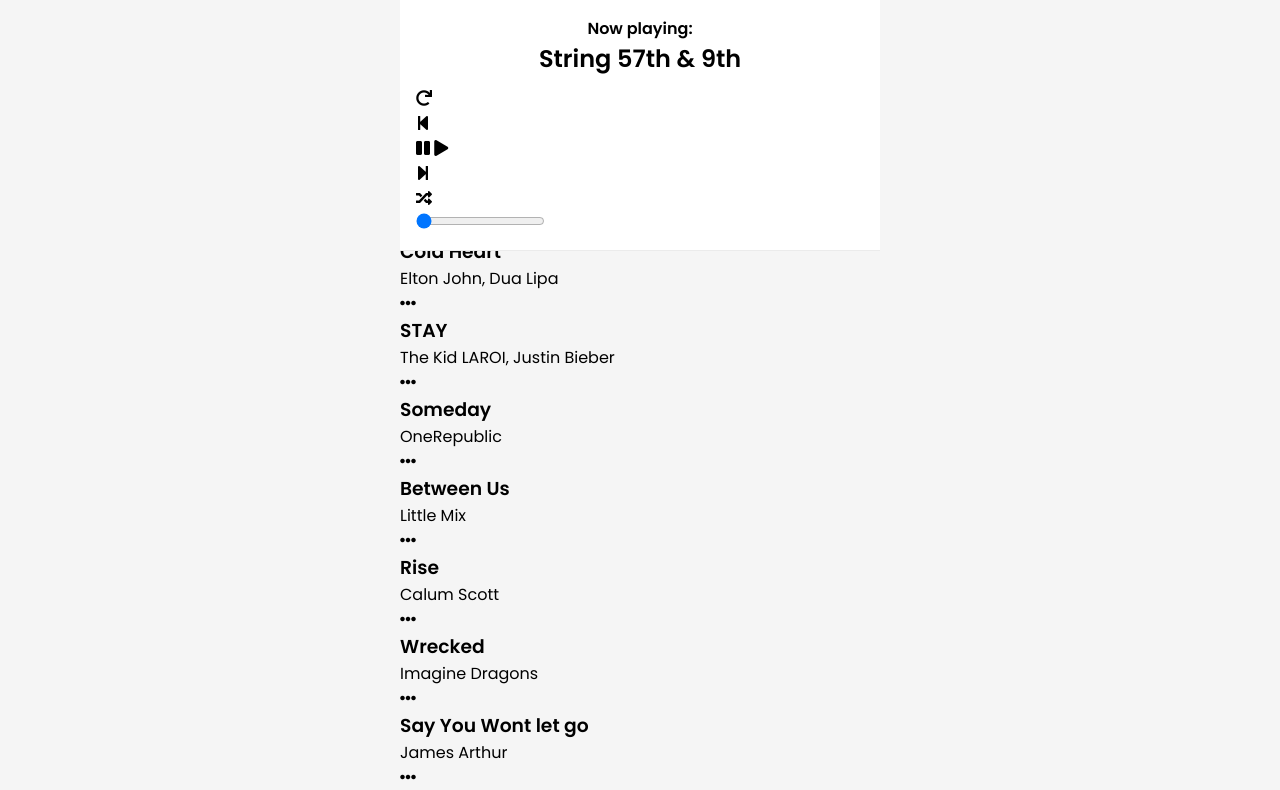
Repository: maivannhan1998/MusicPlayer.github.io
Page: index.html
The author's editor kept a copy of each file at every save. The page is drawn from the files as they stood at one save, then again after the next save.
The browser window is 1280 px wide. The pictures show the whole page.
Pictures or frames that could not be fetched are drawn as grey boxes.

Above is the page before, as saved 2021-11-09 15:25:05.

### index.html
<!DOCTYPE html>
<html lang="en">
<head>
    <meta charset="UTF-8">
    <meta http-equiv="X-UA-Compatible" content="IE=edge">
    <meta name="viewport" content="width=device-width, initial-scale=1.0">
    <title>CodePlayMusic</title>
    <link rel="stylesheet" href="./assets/css/main.css">
    <link rel="stylesheet" href="https://cdnjs.cloudflare.com/ajax/libs/font-awesome/5.15.2/css/all.min.css" integrity="sha512-HK5fgLBL+xu6dm/Ii3z4xhlSUyZgTT9tuc/hSrtw6uzJOvgRr2a9jyxxT1ely+B+xFAmJKVSTbpM/CuL7qxO8w==" crossorigin="anonymous" />
    <link rel="preconnect" href="https://fonts.gstatic.com">
    <link href="https://fonts.googleapis.com/css2?family=Poppins:wght@300;400;600&display=swap" rel="stylesheet">
</head>
<body>
    <div class="player">
        <!-- Dashboard -->
        <div class="dashboard">
          <!-- Header -->
          <header>
            <h4>Now playing:</h4>
            <h2>String 57th & 9th</h2>
          </header>

          <!-- CD -->
          <div class="cd">
            <div class="cd-thumb" style="background-image: url('https://i.ytimg.com/vi/jTLhQf5KJSc/maxresdefault.jpg')">
            </div>
          </div>

          <!-- Control -->
          <div class="control">
            <div class="btn btn-repeat">
              <i class="fas fa-redo"></i>
            </div>
            <div class="btn btn-prev">
              <i class="fas fa-step-backward"></i>
            </div>
            <div class="btn btn-toggle-play">
              <i class="fas fa-pause icon-pause"></i>
              <i class="fas fa-play icon-play"></i>
            </div>
            <div class="btn btn-next">
              <i class="fas fa-step-forward"></i>
            </div>
            <div class="btn btn-random">
              <i class="fas fa-random"></i>
            </div>
          </div>

          <input id="progress" class="progress" type="range" value="0" step="1" min="0" max="100">

          <audio id="audio" src=""></audio>
        </div>

        <!-- Playlist -->
        <div class="playlist">

        </div>
      </div>
      <script>
         const $ = document.querySelector.bind(document);
         const $$ = document.querySelectorAll.bind(document);

         const app = {

            currentIndex: 0,

            songs: [
                 {
                     name: 'Easy On Me',
                     singer: 'adele',
                     path: './assets/music/song1.mp3',
                     image: './assets/img/img1.jpg'
                 }, {
                     name: 'One Right Now',
                     singer: 'Post Malone, The Weeknd',
                     path: './assets/music/song2.mp3',
                     image: './assets/img/img2.jpg'
                 }, {
                     name: 'For Tonight',
                     singer: 'Giveon',
                     path: './assets/music/song3.mp3',
                     image: './assets/img/img3.jpg'
                 }, {
                     name: 'Cold Heart',
                     singer: 'Elton John, Dua Lipa',
                     path: './assets/music/song4.mp3',
                     image: './assets/img/img4.jpg'
                 }, {
                     name: 'STAY',
                     singer: 'The Kid LAROI, Justin Bieber',
                     path: './assets/music/song5.mp3',
                     image: './assets/img/img5.jpg'
                 }, {
                     name: 'Someday',
                     singer: 'OneRepublic',
                     path: './assets/music/song6.mp3',
                     image: './assets/img/img6.jpg'
                 }, {
                     name: 'Between Us',
                     singer: 'Little Mix',
                     path: './assets/music/song7.mp3',
                     image: './assets/img/img7.jpg'
                 }, {
                     name: 'Rise',
                     singer: 'Calum Scott',
                     path: './assets/music/song8.mp3',
                     image: './assets/img/img8.jpg'
                 }, {
                     name: 'Wrecked',
                     singer: 'Imagine Dragons',
                     path: './assets/music/song9.mp3',
                     image: './assets/img/img9.jpg'
                 }, {
                     name: 'Say You Wont let go',
                     singer: 'James Arthur',
                     path: './assets/music/song10.mp3',
                     image: './assets/img/img10.jpg'
                 }
             ],

            render: function(){
                const htmls = this.songs.map((song) => {
                    return `
                        <div class="song">
                            <div class="thumb"
                                style="background-image: url('${song.image}')">
                            </div>
                            <div class="body">
                                <h3 class="title">${song.name}</h3>
                                <p class="author">${song.singer}</p>
                            </div>
                            <div class="option">
                                <i class="fas fa-ellipsis-h"></i>
                            </div>
                        </div>
                    `
                })
                $('.playlist').innerHTML = htmls.join('')
            },

            handleEvents: function() {
                const cd = $('.cd')
                const cdWidth  = cd.offsetWidth;

                 document.onscroll = function () {
                    const scrollTop = window.scrollY || document.documentElement.scrollTop;
                    const newCdWidth = cdWidth - scrollTop;

                    cd.style.width = newCdWidth > 0 ? newCdWidth + 'px' : 0;
                    cd.style.opacity = newCdWidth / cdWidth;
                 }
            },
            getCurrentSong: function() {
                return this.songs[this.currentIndex];
            },
            start: function() {

                this.handleEvents();

                console.log(this.getCurrentSong())

                this.render();
            }
        }

        app.start();

      </script>
</body>
</html>

### assets/css/main.css
:root {
  --primary-color: #ec1f55;
  --text-color: #333;
}

* {
  padding: 0;
  margin: 0;
  box-sizing: inherit;
}

body {
  background-color: #f5f5f5;
}

html {
  box-sizing: border-box;
  font-family: "Poppins", sans-serif;
}

.player {
  position: relative;
  max-width: 480px;
  margin: 0 auto;
}

.dashboard {
  position: fixed;
  padding: 16px 16px 14px;
  background-color: #fff;
  top: 0;
  width: 100%;
  max-width: 480px;
  border-bottom: 1px solid #ebebeb;
}

header {
  text-align: center;
  margin-bottom: 10px;
}

After the next save:
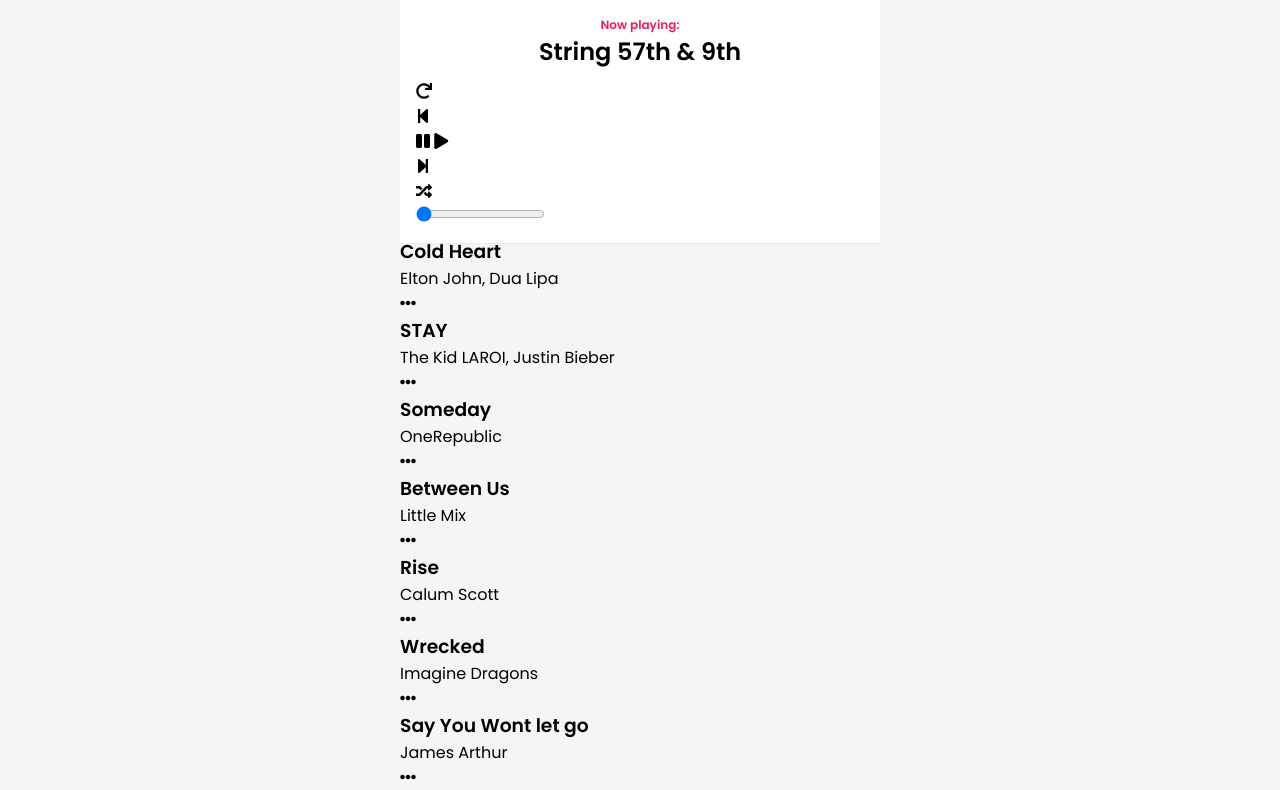
Saved 27 s later.
--- a/assets/css/main.css
+++ b/assets/css/main.css
@@ -38,3 +38,8 @@
   text-align: center;
   margin-bottom: 10px;
 }
+
+header h4 {
+  color: var(--primary-color);
+  font-size: 12px;
+}
